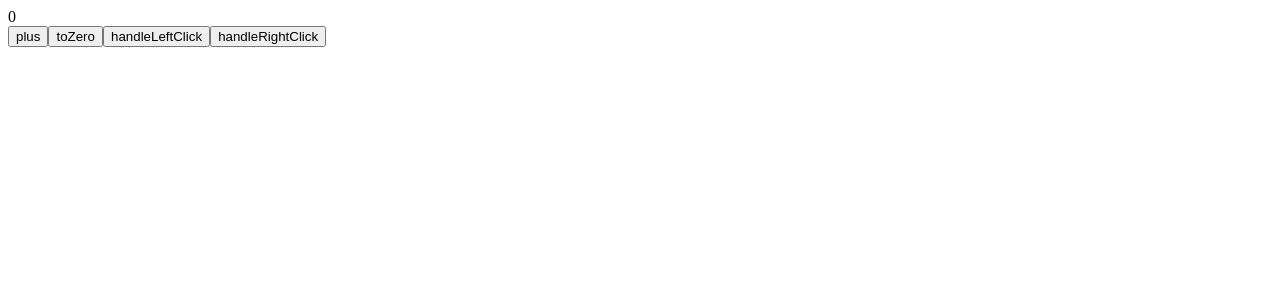
Repository: 2Lavine/fullstack
Page: / (app in part1/)
An editor plug-in stored every save of this project. The page is shown before and after the next save, followed by the edit.
The browser window is 1280 px wide. The pictures show the whole page.
The project was rebuilt for these pictures with package versions that can differ from the ones it lists, and the page was loaded fresh each time.

Above is the page before, as saved 2020-08-31 21:43:02.

### part1/src/index.js
import React, { useState } from "react";
import ReactDOM from "react-dom";

const Display = ({ counter }) => {
  return <div>{counter}</div>;
};
const ButtonNew = ({ handleClick, text }) => {
  return <button onClick={handleClick}> {text}</button>;
};
const App = () => {
  const [counter, setCounter] = useState(0);
  const [clicks, setClicks] = useState({
    left: 0,
    right: 0,
  });
  const handleLeftClick = () => {
    const newClicks = {
      left: clicks.left + 1,
      right: clicks.right,
    };
    setClicks(newClicks);
  };
  const handleRightClick = () => {
    const newClicks = {
      left: clicks.left,
      right: clicks.right + 1,
    };
    setClicks(newClicks);
  };
  const increse = () => {
    setCounter(counter + 1);
  };
  const toZero = () => setCounter(0);
  return (
    <div>
      <Display counter={counter}></Display>
      <div>
        <ButtonNew handleClick={increse} text="plus"></ButtonNew>
        <ButtonNew handleClick={toZero} text="toZero"></ButtonNew>
        <ButtonNew
          handleClick={handleLeftClick}
          text="handleLeftClick"
        ></ButtonNew>
        <ButtonNew
          handleClick={handleRightClick}
          text="handleRightClick"
        ></ButtonNew>
      </div>
    </div>
  );
};

ReactDOM.render(<App></App>, document.getElementById("root"));

Loaded but not shown: part1/public/index.html (common file)

After the next save:
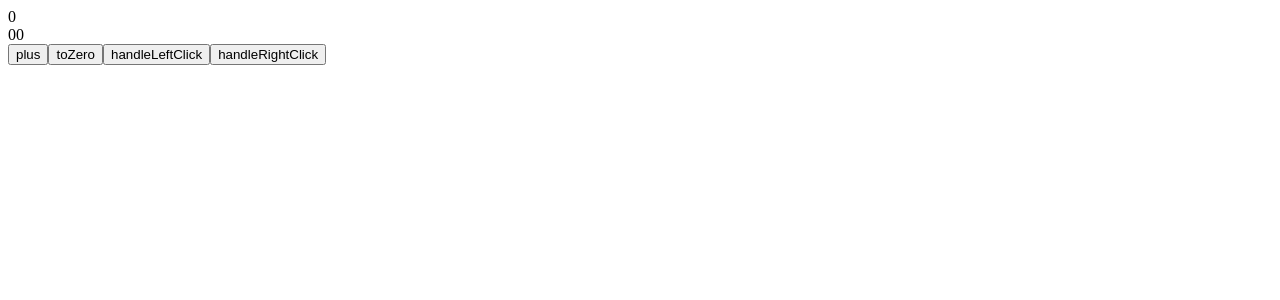
Saved 61 s later.
--- a/part1/src/index.js
+++ b/part1/src/index.js
@@ -34,6 +34,8 @@ const App = () => {
   return (
     <div>
       <Display counter={counter}></Display>
+      {clicks.left}
+      {clicks.right}
       <div>
         <ButtonNew handleClick={increse} text="plus"></ButtonNew>
         <ButtonNew handleClick={toZero} text="toZero"></ButtonNew>
